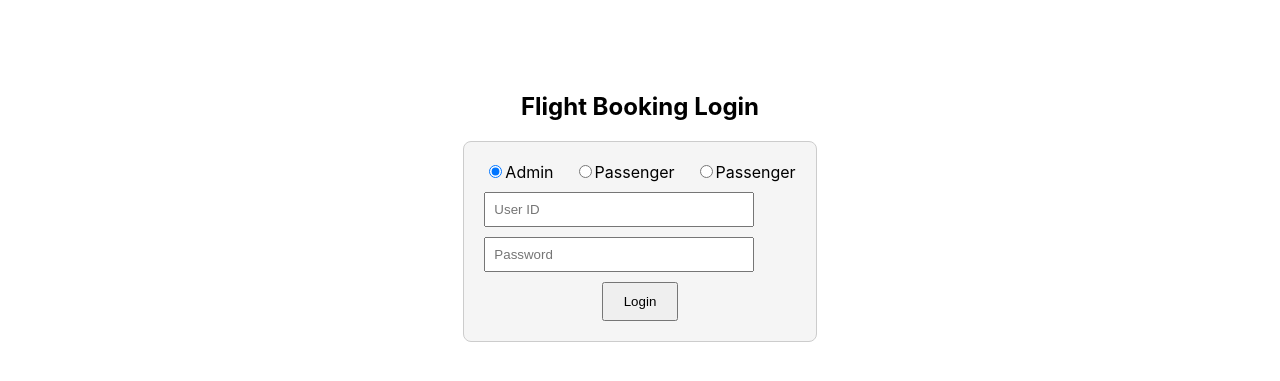
Repository: Shenes35/Booking-system
Page: / (app in frontend/)
These files come from the project's save history. The page is drawn as it stood at one moment and after the next save; the edit follows.
The browser window is 1280 px wide. The pictures show the whole page.
The project was rebuilt for these pictures with package versions that can differ from the ones it lists, and the page was loaded fresh each time.

Above is the page before, as saved 2025-05-19 10:08:25.

After the next save:
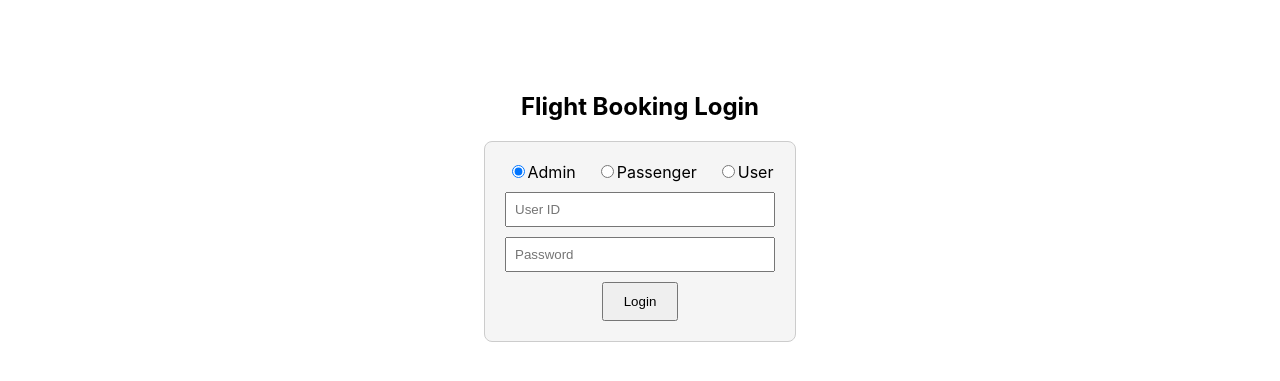
Saved 11 s later.
--- a/frontend/src/components/LoginPage.jsx
+++ b/frontend/src/components/LoginPage.jsx
@@ -29,7 +29,7 @@ const LoginPage = ({ setUserRole }) => {
           </label>
           <label style={{ marginLeft: '20px' }}>
             <input type="radio" value="passenger" checked={role === 'passenger'} onChange={() => setRole('passenger')} />
-            Passenger
+            User
           </label>
         </div>
         <input
